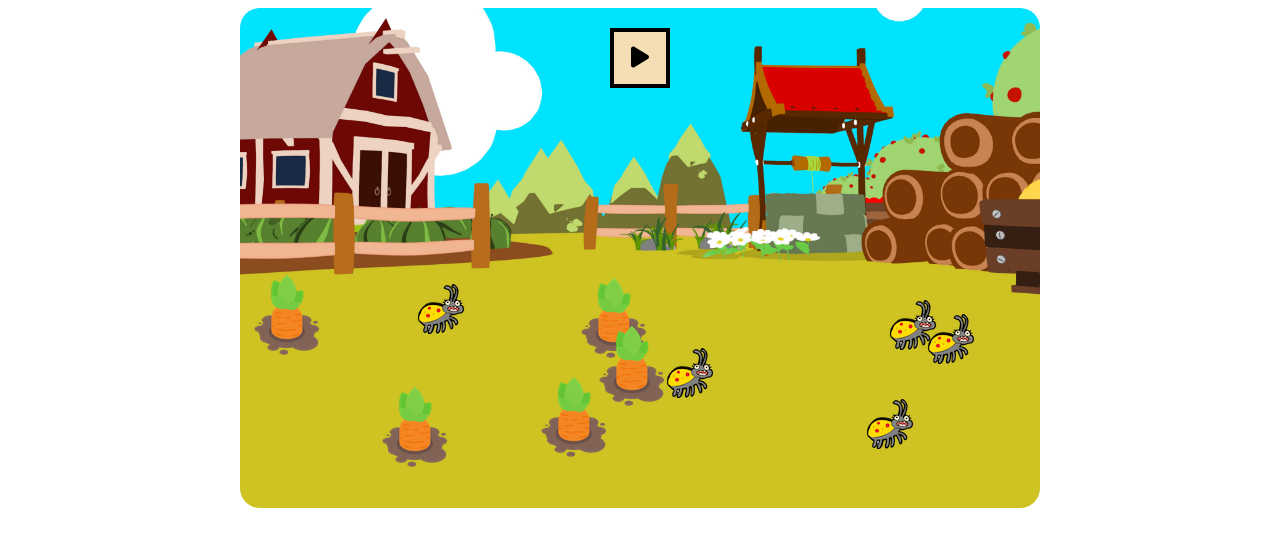
Repository: yoon-dh/JS_Prac
Page: carrot_game/index.html
The author's editor kept a copy of each file at every save. The page is drawn from the files as they stood at one save, then again after the next save.
The browser window is 1280 px wide. The pictures show the whole page.
After loading, the first visible `button.game__button` was clicked once.
Some web libraries are served in a nearby version.

Above is the page before, as saved 2023-06-24 10:46:27.
Console error: TypeError: Cannot read properties of null (reading 'classList')

After the next save:
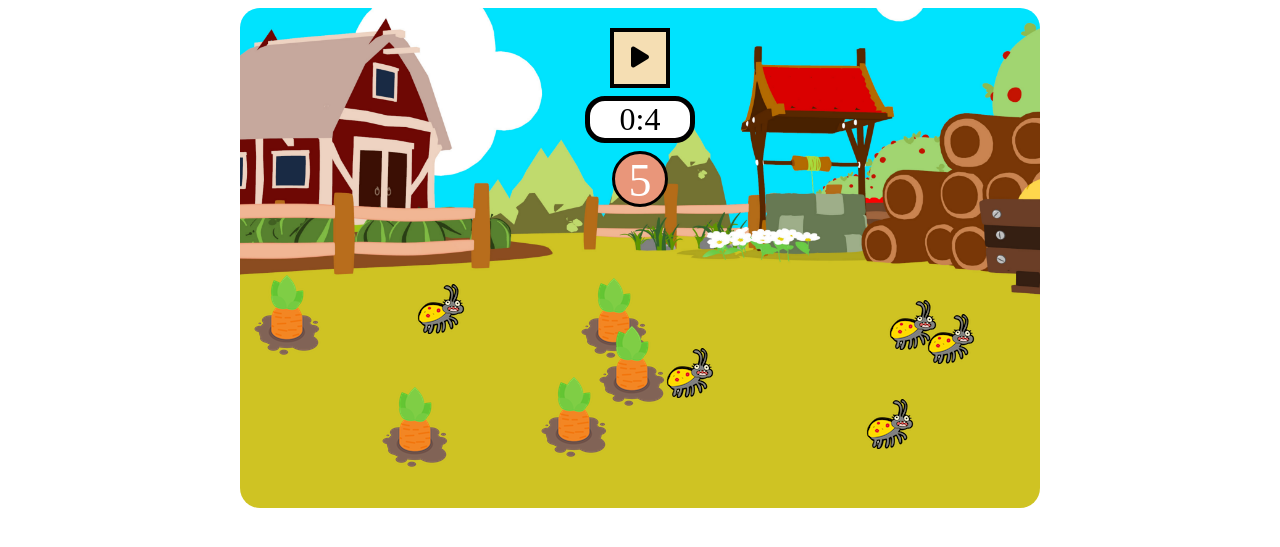
The error is gone.
Saved 18 s later.
--- a/carrot_game/main.js
+++ b/carrot_game/main.js
@@ -40,7 +40,7 @@ function startGame() {
   initGame();
   showStopButton();
   showTimerAndScore();
-  showGameButton;
+  showGameButton();
   startGameTimer();
 }
 
@@ -78,8 +78,10 @@ function hidePopup() {
 
 function showStopButton() {
   const icon = gameBtn.querySelector(".fas");
-  icon.classList.add("fa-stop");
-  icon.classList.remove("fa-play");
+  if (icon) {
+    icon.classList.add("fa-stop");
+    icon.classList.remove("fa-play");
+  }
 }
 
 function showTimerAndScore() {
